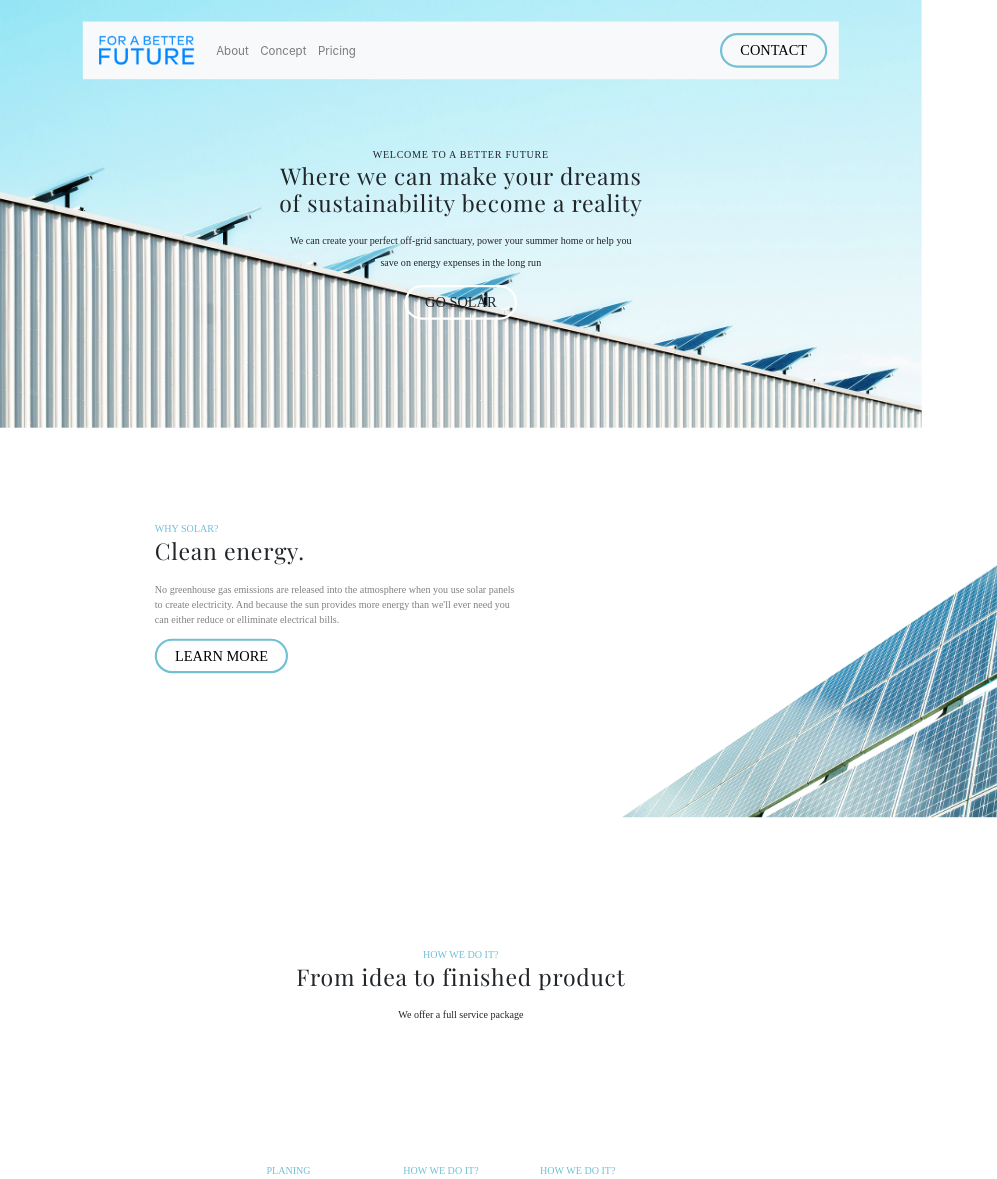
Repository: sabinemm/fabf
Page: index.html
The author's editor kept a record of every edit. The page is drawn from the files as they stood at one moment, then again after the next edit.
The browser window is 1280 px wide. The page is 1385 px wide, so the pictures cover 1385 px, including what lies to the right of the window. The pictures show the whole page, at 72% of full size.
Backgrounds fixed to the window are drawn as part of the page. Some web fonts or font styles are not loaded; a fallback is used.

Above is the page before.

### index.html
<!DOCTYPE html>
<html lang="en">

<head>
    <meta charset="UTF-8">
    <meta name="viewport" content="width=device-width, initial-scale=1.0">
    <meta http-equiv="X-UA-Compatible" content="ie=edge">
    <link rel="stylesheet" href="style.css" type="text/css" />
    <link rel="stylesheet" href="https://stackpath.bootstrapcdn.com/bootstrap/4.3.1/css/bootstrap.min.css" integrity="sha384-ggOyR0iXCbMQv3Xipma34MD+dH/1fQ784/j6cY/iJTQUOhcWr7x9JvoRxT2MZw1T" crossorigin="anonymous">
    <link rel="stylesheet" media="screen" href="https://fontlibrary.org/face/roundo" type="text/css" />
    <link rel="stylesheet" media="screen" href="https://fontlibrary.org/face/source-sans-pro" type="text/css" />
    <link href="https://fonts.googleapis.com/css?family=Playfair+Display&display=swap" rel="stylesheet">
    <title>FOR A BETTER FUTURE</title>
</head>

<body>

    <!–-----– NAVBAR ------->

    <div class="container">
        <nav class="navbar navbar-fixed-top navbar-expand-lg navbar-light bg-light">
            <a class="navbar-brand" href="#">
          <img src="img/logo.svg" height="50px"alt="logo">
        </a>
            <button class="navbar-toggler" type="button" data-toggle="collapse" data-target="#navbarText" aria-controls="navbarText" aria-expanded="false" aria-label="Toggle navigation">
    <span class="navbar-toggler-icon"></span>
  </button>
            <div class="collapse navbar-collapse justify-content-center" id="navbarText">
                <ul class="navbar-nav mr-auto">
                    <li class="nav-item">
                        <a class="nav-link" href="#">About</a>
                    </li>
                    <li class="nav-item">
                        <a class="nav-link" href="#">Concept</a>
                    </li>
                    <li class="nav-item">
                        <a class="nav-link" href="#">Pricing</a>
                    </li>
                </ul>
                <span class="navbar-text">
          <button type="button" class="btn btn-blue-border">CONTACT</button>
    </span>
            </div>
        </nav>
    </div>

    <!–-----– FIRST SECTION ------->

    <section id="parallax">
        <div class="container">
            <div class="ltitle text-center">
                <p class="uppercase stitle">WELCOME TO A BETTER FUTURE</p>
                <h2> Where we can make your dreams <br> of sustainability become a reality </h2>
                <p class="tparagraph"> We can create your perfect off-grid sanctuary, power your summer home or help you <br> save on energy expenses in the long run</p>
                <button type="button" class="btn  btn-transp-white-border">GO SOLAR</button>
            </div>
        </div>
    </section>

    <!–-----– SECOND SECTION ------->

    <section id="clean">
        <div class="container container-fluid section-2">
            <div class="row">
                <div class="col col-md-6">
                    <p class="uppercase stitle stitle-blue">WHY SOLAR?</p>
                    <h2 class="ltitle ltitle2"> Clean energy.</h2>
                    <p class="tparagraph tparagraph2"> No greenhouse gas emissions are released into the atmosphere when you use solar panels to create electricity. And because the sun provides more energy than we'll ever need you can either reduce or elliminate electrical bills. </p>
                    <button type="button" class="btn btn-blue-border">LEARN MORE</button>

                </div>
            </div>

            <div class="container">
                <div class="col col-md-6 offset-md-6">
                    <img src="img/sidepanel.png" class="sidepanel"></img>
                </div>
            </div>
        </div>

    </section>

    <!–-----– THIRD SECTION ------->

    <section id="idea">
        <div class="idea-title text-center">
            <p class="uppercase stitle stitle-blue">HOW WE DO IT?</p>
            <h2 class="ltitle ltitle2"> From idea to finished product</h2>
            <p class="tparagraph">We offer a full service package</p>

        </div>
        <div class="container">
            <div class="row justify-content-center">
                <div class=" col-2 col-md-2">
                     <p class="uppercase stitle stitle-blue">PLANING</p>
                </div>
                <div class="col-2 col-md-2">
                     <p class="uppercase stitle stitle-blue">HOW WE DO IT?</p>
                </div>
                <div class="col-2 col-md-2">
                     <p class="uppercase stitle stitle-blue">HOW WE DO IT?</p>
                </div>
            </div>

        </div>

    </section>

</body>

</html>

### style.css

/*-------------------navbar------------------*/

.navbar {
    margin-top: 30px;
    margin-left: 30px;
    margin-right: 30px;

}

@media (max-width:536px) {
    .navbar {
        margin-top: 15px;
        margin-left: 10px;
        margin-right: 10px;
    }
}

/*-------------------Buttons------------------*/

.btn-transp-white-border,
.btn-transp-white-border:hover,
.btn-transp-white-border:active,
.btn-transp-white-border:visited,
.btn-transp-white-border:active:focus,
.btn-transp-white-border:focus {
    background-color: rgba(0, 0, 0, 0);
    border: solid 3px white !important;
    border-radius: 30px !important;
    color: white;
    text-align: center;
    text-decoration: none;
    display: inline-block;
    font-size: 20px !important;
    font-family: 'SourceSansProRegular';
    padding-left: 25px !important;
    padding-right: 25px !important;
}


.btn-transp-white-border:hover {
    background-color: rgba(255, 255, 255, 0.5);
    padding-left: 25px;
    padding-right: 25px;
}


.btn-blue-border,
.btn-blue-border:hover,
.btn-blue-border:active,
.btn-blue-border:visited,
.btn-blue-border:active:focus,
.btn-blue-border:focus {
    background-color: rgba(0, 0, 0, 0) !important;
    border: solid 3px rgb(112, 192, 214) !important;
    border-radius: 30px !important;
    color: black !important;
    text-align: center;
    text-decoration: none;
    display: inline-block;
    font-size: 20px !important;
    font-family: 'SourceSansProRegular';
    padding-left: 25px !important;
    padding-right: 25px!important;
}

.btn-blue-border:hover {
    background-color: rgba(112, 192, 214, 0.5) !important;
    padding-left: 25px;
    padding-right: 25px;
}


/*-------------------SECTION 1 PAGE 1------------------*/

#parallax {
    background: url(img/1page1section.jpg);
    background-attachment: fixed;
    background-position: bottom;
    background-repeat: no-repeat;
    background-size: cover;
    margin-top: -110px;
}

@media (max-width:536px) {
    #parallax {
        margin-top: -110px;
    }
}

.stitle {
    font-size: 14px;
    font-family: 'RoundoRegular';
    font-weight: 500;
    font-style: normal;
    margin-bottom: -5px;
}

.ltitle {
    padding-top: 200px;
    font-family: 'Playfair Display';
    letter-spacing: 1px;
    line-height: 30px;
    padding-bottom: 150px;
}

@media (max-width:768px) {
    .ltitle {
        padding-top: 150px;
        padding-bottom: 100px;
    }
}

.tparagraph {
    padding-top: 10px;
    font-family: 'SourceSansProRegular';
    font-weight: normal;
    font-style: normal;
    font-size: 14px;
    letter-spacing: 0;
}

@media (max-width:768px) {
    br {
        display: none !important;
        visibility: hidden;
    }
}

/*-------------------SECTION 2 PAGE 1------------------*/
#clean {
    padding-left: 0;
}
@media (min-width:768px) {
#clean {
    padding-left: 200px;
}
}

.stitle-blue {
    color:rgb(112, 192, 214);
    padding-top: 70px;

}

@media (min-width:768px) {
    .stitle-blue {
        padding-top: 130px;
    }
}

.ltitle2 {
padding-top: 10px;
padding-bottom: 10px;
}

.tparagraph2 {
    color: gray;

}

.section-2 {
  padding-bottom: 100px;
}

.sidepanel {
position:relative;
float: right;
height:350px;
margin-top: -150px;
margin-right: -150px;
z-index: 0;
}


/*-------------------SECTION 3 PAGE 1------------------*/

.idea-title {
    padding-top: 50px;
    padding-bottom: 50px;
    margin-top: 100px;
}

After the next edit:
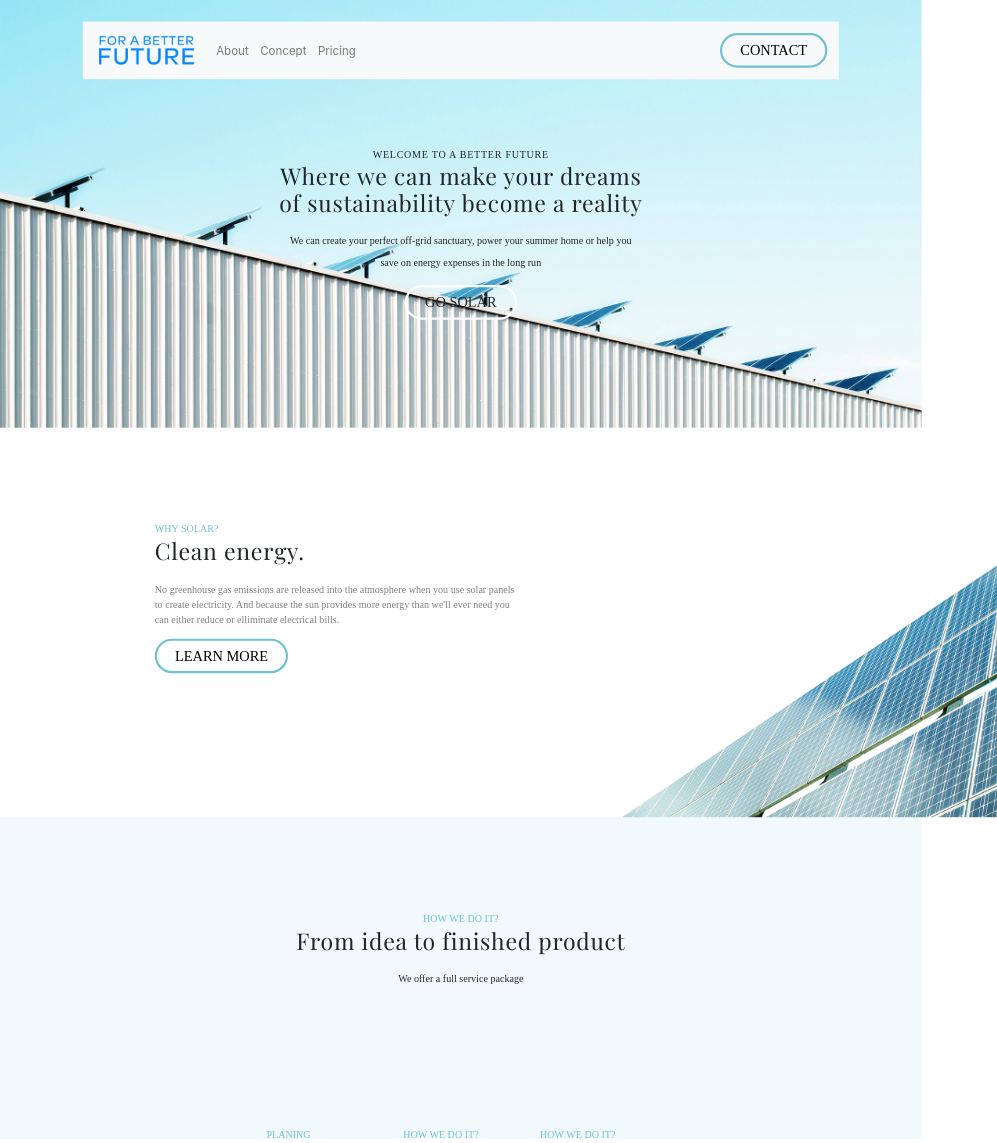
The edit:
--- a/style.css
+++ b/style.css
@@ -175,8 +175,11 @@
 
 /*-------------------SECTION 3 PAGE 1------------------*/
 
-.idea-title {
-    padding-top: 50px;
+#idea {
+    background-color: rgb(242, 249,252);
+}
+
+.idea-title {;
     padding-bottom: 50px;
     margin-top: 100px;
 }
